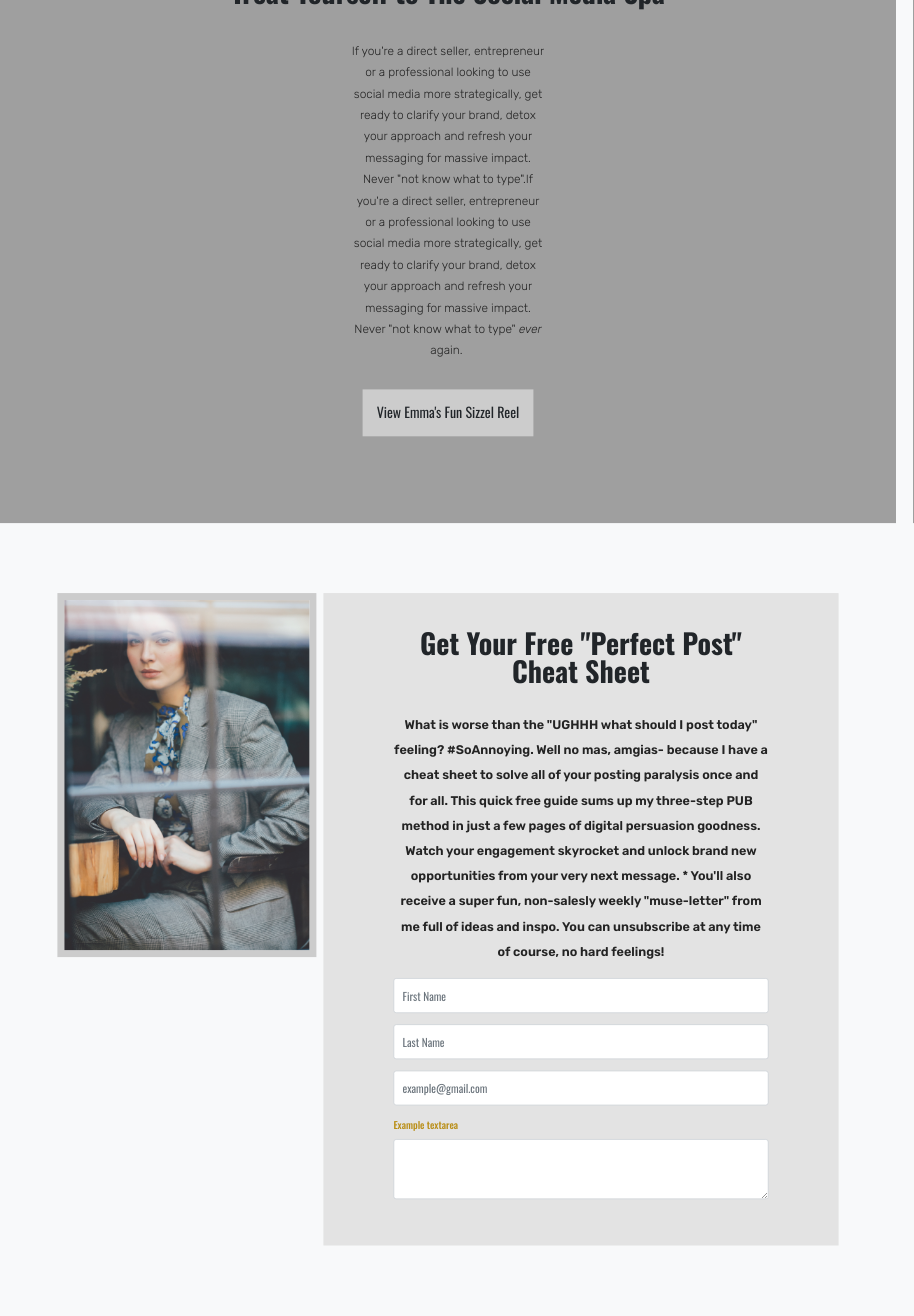
Repository: poroshrahman40/emma-watson-portfolio
Page: index.html
These files come from the project's save history. The page is drawn as it stood at one moment and after the next save; the edit follows.
The browser window is 1280 px wide. The page is 1305 px wide, so the pictures cover 1305 px, including what lies to the right of the window. The pictures show the part of the page from y = 3645 to 5525 px (the page is 5525 px tall before and 5493 px after), at 70% of full size.
Some web fonts or font styles are not loaded; a fallback is used.

Above is the page before, as saved 2021-12-06 17:57:02.

### index.html

<!DOCTYPE html>
<html lang="en">
    <head>

        <meta charset="UTF-8">
        <meta name="viewport" content="width=device-width, initial-scale=1, shrink-to-fit=no">
        <title>Document</title>

        <!-- favicon -->
        <link rel="shortcut icon" type="image/hair-specialist-fav-icon" href="#">
        <!-- animate.min - css -->
        <link rel="stylesheet" href="assets/css/animate.css">
        <!-- animate - css -->
        <link rel="stylesheet" href="assets/css/animate.min.css">
        <!-- owl.carousel.min - css -->
        <link rel="stylesheet" href="assets/css/owl.carousel.min.css">
        <!-- owl.theme.default.min - css -->
        <link rel="stylesheet" href="assets/css/owl.theme.default.min.css">
        <!-- font-awesome all.css -->
        <link rel="stylesheet" href="assets/css/fontawesome-all.css">
        <!-- boxicons.css -->
        <link rel='stylesheet' href="assets/css/boxicons.min.css">
        <link href='https://unpkg.com/boxicons@2.1.1/css/boxicons.min.css' rel='stylesheet'>
        <!-- bootstrap.min - css -->
        <link rel="stylesheet" href="assets/css/bootstrap.min.css">
        <!-- silk-css -->
        <link rel="stylesheet" href="assets/css/slick.css">
        <!-- slick-theme.css -->
        <link rel="stylesheet" href="assets/css/slick-theme.css">
        <!-- main - css -->
        <link rel="stylesheet" href="assets/css/style.css">
        <!-- responsive - css -->
        <link rel="stylesheet" href="assets/css/responsive.css">

    </head>

    <body>
    <!-- preloader start -->
    <!-- <div id="preloader"></div> -->
    <!-- preloader end -->

    <!-- header -start
    ================================== -->
    <header class="ew-main">
        <div class="ew__main__content">
            <div class="ew__nav">
                <div class="ew__logo__div">
                    <a href="https://ow-en.com" title="" class="nav__link ew__snlogo">
                    <img class="logo w-100" src="assets/image/logo-gif.gif" alt="logo-not-found"></a>
                </div>
                <div class="container">
                    <div class="mobile__toggle" ontouchstart="">
                        <div class="mobile__toggle__container">
                            <div class="mobile__open">
                            </div>
                            <div class="mobile__close"></div>
                        </div>
                    </div>
                    <div id="mob__menu" class="nav__mobile__container nav__mobile__container__default">
                        <div class="container-fluid">
                            <div class="row center">
                                <div class="col col__sm">
                                    <ul class="nav__list">
                                        <li class="nav__list-1">
                                            <a class="nav__link nav__link__selected nav__list__link" href="#">Home</a>
                                        </li>
                                        <li class="nav__list-2">
                                            <a class="nav__link nav__list__link" href="#">Books</a>
                                        </li>
                                        <li class="nav__list-3">
                                            <a class="nav__link nav__list__link" href="#">Info.</a>
                                        </li>
                                        <li class="nav__list-4">
                                            <a class="nav__link nav__list__link" href="#">Course</a>
                                            <!-- nav__link__selected -->
                                        </li>
                                    </ul>
                                </div>
                                <div class="col col__sm">
                                    <ul class="nav__list nav__list__rightaligned">
                                        <li class="nav__list-5">
                                            <a class="nav__link nav__list__link" href="#">Keyword</a>
                                        </li>
                                        <li class="nav__list-6">
                                            <a class="nav__link nav__list__link" href="#">Brodcast</a>
                                        </li>
                                        <li class="nav__list-7">
                                            <a class="nav__link nav__list__link" href="#">Contact</a>
                                        </li>
                                        <li class="nav__list-8">
                                            <a class="nav__link nav__list__link" href="#">Blog</a>
                                        </li>
                                    </ul>
                                </div>
                            </div>
                        </div>
                    </div>
                </div>
            </div>
            <!-- <div class="content">
                <h1>A very simple responsive menu with the logo in the middle</h1>
              <h2>Feel free to use this menu however you'd like. No need to give credit. However, please <strong><a href="https://ow-en.com">consider hiring me :)</strong></h2>
            </div> -->
        </div>
    </header>
    <!-- Banner section - start
    ================================ -->


        <div id="ew-banner" class="ew-banner">
            <div class="container">
                <div class="row">
                    <div class="col-lg-12 offset-1">
                        <div class="ew-hero-image">
                            <img src="assets/image/hero-image.png" alt="hero-image">
                        </div>
                        <div class="ew-hero-right-content">
                            <span> Hey,There</span>
                            <h4>Lorem ipsum, dolor sit amet consectetur adipisicing elit. Similique, aut.</h4>
                            <div class="ew-link d-flex mt-4">
                                <i class='bx bx-link fa-2x me-2'></i><a href="#"><p>See my motivational speach.You're Kind of a Big Deal: Level Up by Unlocking Your Audacity.</p></a>
                            </div>
                            <div class="ew-link d-flex">
                                <i class='bx bx-link fa-2x me-2'></i><a href="#"><p>See my motivational speach.You're Kind of a Big Deal: Level Up by Unlocking Your Audacity.</p></a>
                            </div>
                            <div class="ew-link d-flex mb-4">
                                <i class='bx bx-link fa-2x me-2'></i><a href="#"><p>See my motivational speach.You're Kind of a Big Deal: Level Up by Unlocking Your Audacity.</p></a>
                            </div>
                            <div class="ew-hero-right-btn">
                                <a href="#">See More About Me</a>
                            </div>
                        </div>
                    </div>
                </div>
            </div>
        </div>


<!-- Banner section - End
================================ -->

<!-- virtual-presentations - start
======================================== -->
    <section id="ew-virtual-presentation">
        <div class="container-fuild">
            <div class="row">
                <div class="col-lg-12 text-center">
                    <div class="ew-vairtul-content">
                        <h2 class="mb-40">Live and Virtual Presentations <br> That Rock </h2>
                        <p class="">Whether we're talking about the pulsing energy of a packed convention center or a virtual gathering, Erin will delight and wow your attendees with one of her two signature keynotes:&nbsp;<br><br>SALES/LEADERSHIP: Digital Persuasion- Ignite Your Influence&nbsp;<br>SUCCESS MINDSET: Big Deal Energy- Unlock Your Audacity&nbsp;<br><br>Both high-energy, motivational and story-packed with a clear takeaway method to be applied for immediate impact and tangible results.&nbsp;<br></p>
                        <div class="ew-virtual-btn mb-4">
                            <button><a href="#">View Emma's Fun Sizzel Reel</a></button>
                        </div>
                        <div class="ew-virtual-btn">
                            <button><a href="#">View Emma watson's RAW just The steak Speaking Reel</a></button>
                        </div>

                    </div>
                </div>
            </div>
        </div>
    </section>

<!-- virtual-presentations - End
========================================== -->

<!-- virtual keynotes - start
======================================== -->

<section id="ew-virtual-keynotes">
    <div class="container">
        <div class="row">
            <div class="col-lg-6">
                <div class="ew-virtual-vedio">
                    <img src="assets/image/keynotes-image.png" alt="keynotes-image">
                    <div class="keynotes-overlay ew-icon-position">
                        <a href="#"><i class='bx bx-play fa-2x' style='color:#e0e0e0'></i></a>
                    </div>
                </div>
            </div>
            <div class="col-lg-6 d-flex align-items-center">
                <div class="ew-keynotes-content">
                    <span>Lorem ipsum dolor sit amet</span>
                    <h1>Lorem ipsum dolor sit amet consectetur Lorem ipsum dolor sit amet consectetur.</h1>
                    <p>Whether we're talking about your executive leadership team, your sales force, your internal marketing mavens or your entire organization- let's energize and inspire them to show up big. Because, let's be real, we all need to up our game these days to not just survive, but THRIVE.</p>
                    <button class="ew-keynotes-btn">
                        <a href="#">Describe More Now</a>
                    </button>
                </div>
            </div>
        </div>
    </div>
</section>

<!-- virtual keynotes - End
======================================== -->

<!-- Treat yourself - Start
======================================= -->
<section id="ew-treat-yourself">
    <div class="container">
        <div class="ew-img-row">
            <div class="row">
                <div class="col-lg-4 col-md-4 col-sm-12">
                    <img src="assets/image/treat-yourself.png" alt="treat-image">
                </div>
                <div class="col-lg-4 col-md-4 col-sm-12">
                    <img src="assets/image/treat-yourself-2.png" alt="treat-image">
                </div>
                <div class="col-lg-4 col-md-4 col-sm-12">
                    <img src="assets/image/treat-yourself-3.png" alt="treat-image">
                </div>
            </div>
        </div>
    </div>
    <div class="container-fuild">
        <div class="ew-treat-content">
            <div class="row">
                <div class="col-lg-12 text-center">
                    <div class="ew-treat-details">
                        <span>Lorem ipsum dolor sit amet consectetur <br> adipisicing elit. Nulla.</span>
                        <h1 class="mb-40">YES, TAKE ME FOR A SPA DAY <br> Treat Yourself to The Social Media Spa</h1>
                        <p class="se-t sie-spa_4-text st-m-paragraph st-d-paragraph se-rc">If you're a direct seller, entrepreneur or a professional looking to use social media more strategically, get ready to clarify your brand, detox your approach and refresh your messaging for massive impact. Never "not know what to type".If you're a direct seller, entrepreneur or a professional looking to use social media more strategically, get ready to clarify your brand, detox your approach and refresh your messaging for massive impact. Never "not know what to type" <i>ever</i> again.&nbsp;</p>
                        <div class="ew-treat-btn mb-4">
                            <button><a href="#">View Emma's Fun Sizzel Reel</a></button>
                        </div>
                    </div>
                </div>
            </div>
        </div>
    </div>
</section>


<!-- Treat yourself - End
========================================= -->
<!-- Get offer - start
======================================== -->

<section id="ew-get-free-offer">
    <div class="container">
        <div class="row">
            <div class="col-lg-4">
                <div class="ew-cheet-seet">
                    <img src="assets/image/cheet-seet-side-image.png" alt="image-not-found">
                </div>
            </div>
            <div class="col-lg-8 text-center">
                <div class="ew-get-offer-card">
                    <div class="ew-offer-title mb-40">
                        <h1>Get Your Free "Perfect Post" <br> Cheat Sheet</h1>
                    </div>
                    <p>What is worse than the "UGHHH what should I post today" feeling? #SoAnnoying. Well no mas, amgias- because I have a cheat sheet to solve all of your posting paralysis once and for all. This quick free guide sums up my three-step PUB method in just a few pages of digital persuasion goodness.
Watch your engagement skyrocket and unlock brand new opportunities from your very next message.
* You'll also receive a super fun, non-salesly weekly "muse-letter" from me full of ideas and inspo. You can unsubscribe at any time of course, no hard feelings! </p>

                    <div class="ew-cheet-seet-form text-start">
                        <div class="mb-3">
                            <!-- <label for="exampleFormControlInput1" class="form-label">First Name</label> -->
                            <input type="name" class="form-control" id="exampleFormControlInput1" placeholder="First Name">
                        </div>
                        <div class="mb-3">
                            <!-- <label for="exampleFormControlInput1" class="form-label">Last Name</label> -->
                            <input type="name" class="form-control" id="exampleFormControlInput1" placeholder="Last Name">
                        </div>
                        <div class="mb-3">
                            <!-- <label for="exampleFormControlInput1" class="form-label">Last Name</label> -->
                            <input type="mail" class="form-control" id="exampleFormControlInput1" placeholder="example@gmail.com">
                        </div>
                        <div class="mb-3">
                            <label for="exampleFormControlTextarea1" class="form-label">Example textarea</label>
                            <textarea class="form-control" id="exampleFormControlTextarea1" rows="3"></textarea>
                        </div>
                    </div>
                </div>
            </div>
        </div>
    </div>

</section>

<!-- Get offer - end
======================================== -->



    <!-- footer section - Start
    ============================== -->




    <!-- Footer section - End
    ============================= -->



    <!-- jquery-3.5.0.min - js -->
    <script src="assets/js/jquery-3.5.0.min.js"></script>
    <!-- .magnific-popup -->
    <script src="assets/js/jquery.magnific-popup.min.js"></script>
    <!-- bootstrap.min - js -->
    <script src="assets/js/bootstrap.min.js"></script>
    <!-- bootstrap - bundle min.js -->
    <script src="assets/js/bootstrap.bundle.min.js"></script>
    <!-- bootstrap - bundl.js -->
    <script src="assets/js/bootstrap.bundle.js"></script>
    <!-- boxicons - js -->
    <script src="assets/js/boxicons.js"></script>
    <!-- popper.min - js -->
    <script src="assets/js/popper.min.js"></script>
    <!-- owl.carousel.min - js -->
    <script src="assets/js/owl.carousel.min.js"></script>
    <!-- wow.min - js -->
    <script src="assets/js/wow.min.js"></script>
    <!-- silk - js -->
    <script src="assets/js/slick.min.js"></script>
    <!-- main - js -->
    <script src="assets/js/main.js"></script>

</body>
</html>

Loaded but not shown: assets/css/animate.css (library); assets/css/animate.min.css (library); assets/css/owl.carousel.min.css (library); assets/css/owl.theme.default.min.css (common file); assets/css/fontawesome-all.css (library); assets/css/bootstrap.min.css (library); assets/css/slick.css (common file); assets/css/slick-theme.css (library); assets/js/jquery-3.5.0.min.js (library); assets/js/jquery.magnific-popup.min.js (library); assets/js/bootstrap.min.js (library); assets/js/bootstrap.bundle.min.js (library); assets/js/bootstrap.bundle.js (library); assets/js/popper.min.js (library); assets/js/owl.carousel.min.js (library); assets/js/wow.min.js (library); assets/js/slick.min.js (library); assets/js/main.js (14 lines, source omitted); assets/css/responsive.css (904 lines, source omitted); assets/css/style.css (619 lines, source omitted)

After the next save:
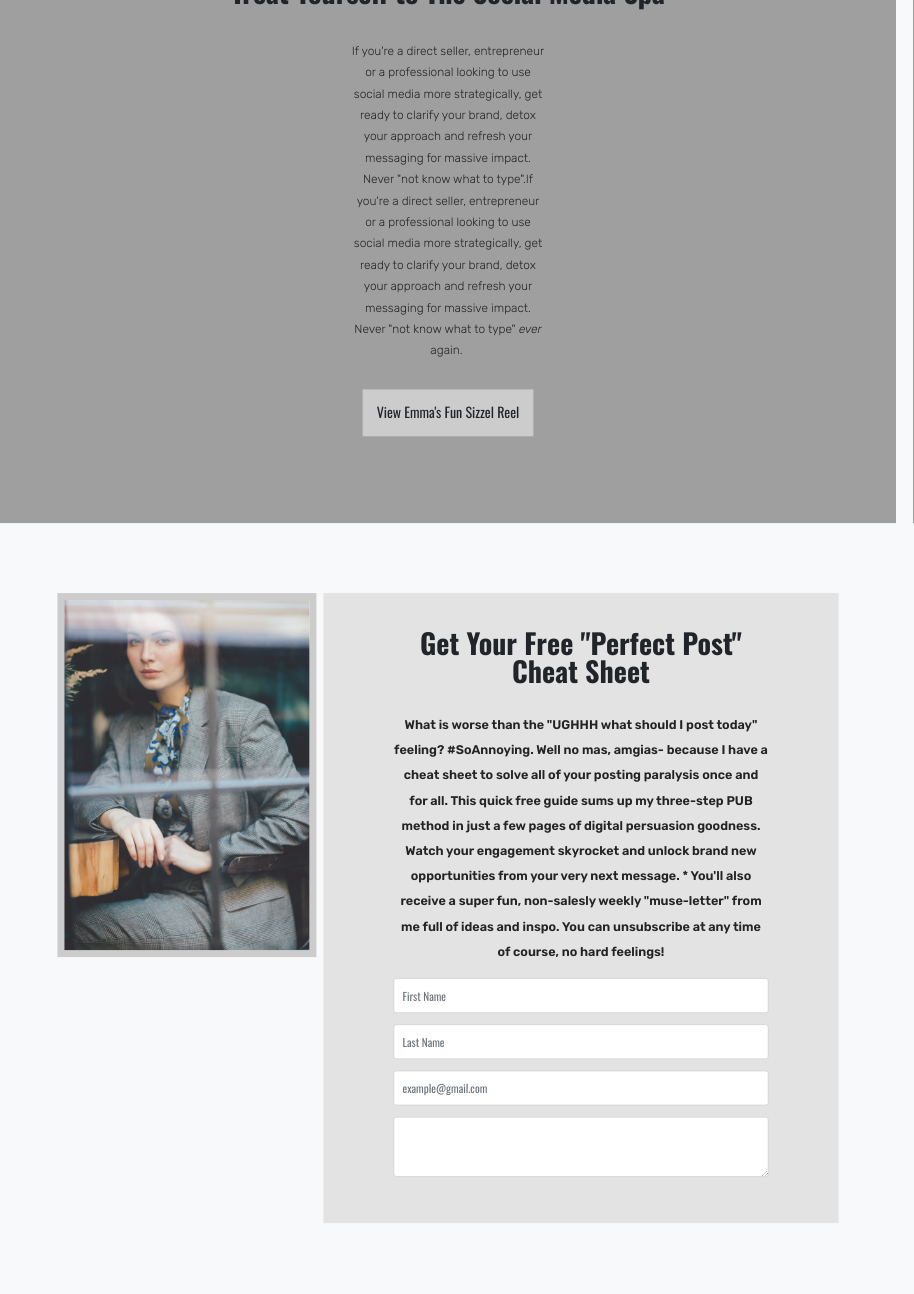
Saved 27 s later.
--- a/index.html
+++ b/index.html
@@ -269,7 +269,7 @@ Watch your engagement skyrocket and unlock brand new opportunities from your ver
                             <input type="mail" class="form-control" id="exampleFormControlInput1" placeholder="example@gmail.com">
                         </div>
                         <div class="mb-3">
-                            <label for="exampleFormControlTextarea1" class="form-label">Example textarea</label>
+                            <!-- <label for="exampleFormControlTextarea1" class="form-label">Example textarea</label> -->
                             <textarea class="form-control" id="exampleFormControlTextarea1" rows="3"></textarea>
                         </div>
                     </div>
